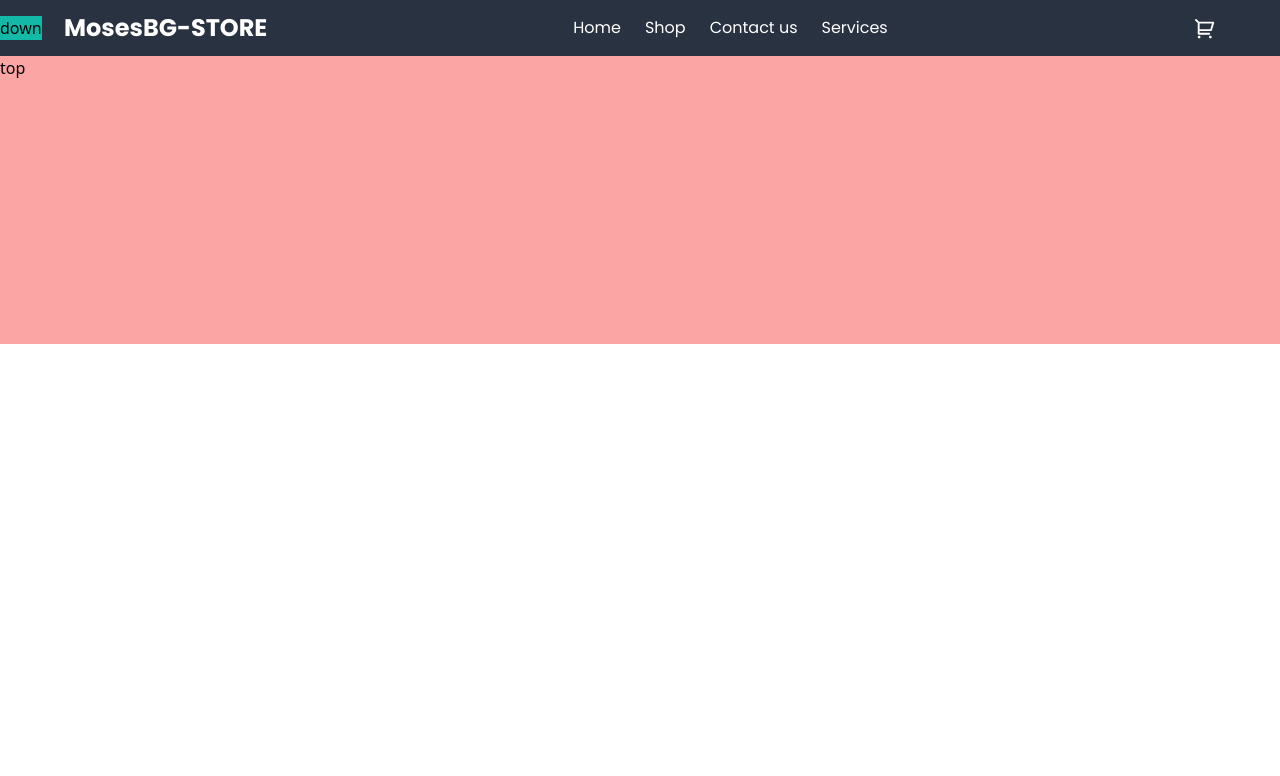
Repository: moshebengan/cart
Page: /fake-store/contact-us
An editor plug-in stored every save of this project. The page is shown before and after the next save, followed by the edit.
The browser window is 1280 px wide. The pictures show the whole page.
The project was rebuilt for these pictures with package versions that can differ from the ones it lists, and the page was loaded fresh each time. Also part of the build but not shown: vite.config.js, src/components/Error.jsx, src/utils/data.js, src/utils/apiCalls.js, src/components/Loading.jsx, src/components/Products.jsx, src/components/Footer.jsx, src/pages/HomePage.jsx and 5 more.

Above is the page before, as saved 2024-09-15 15:31:12.

After the next save:
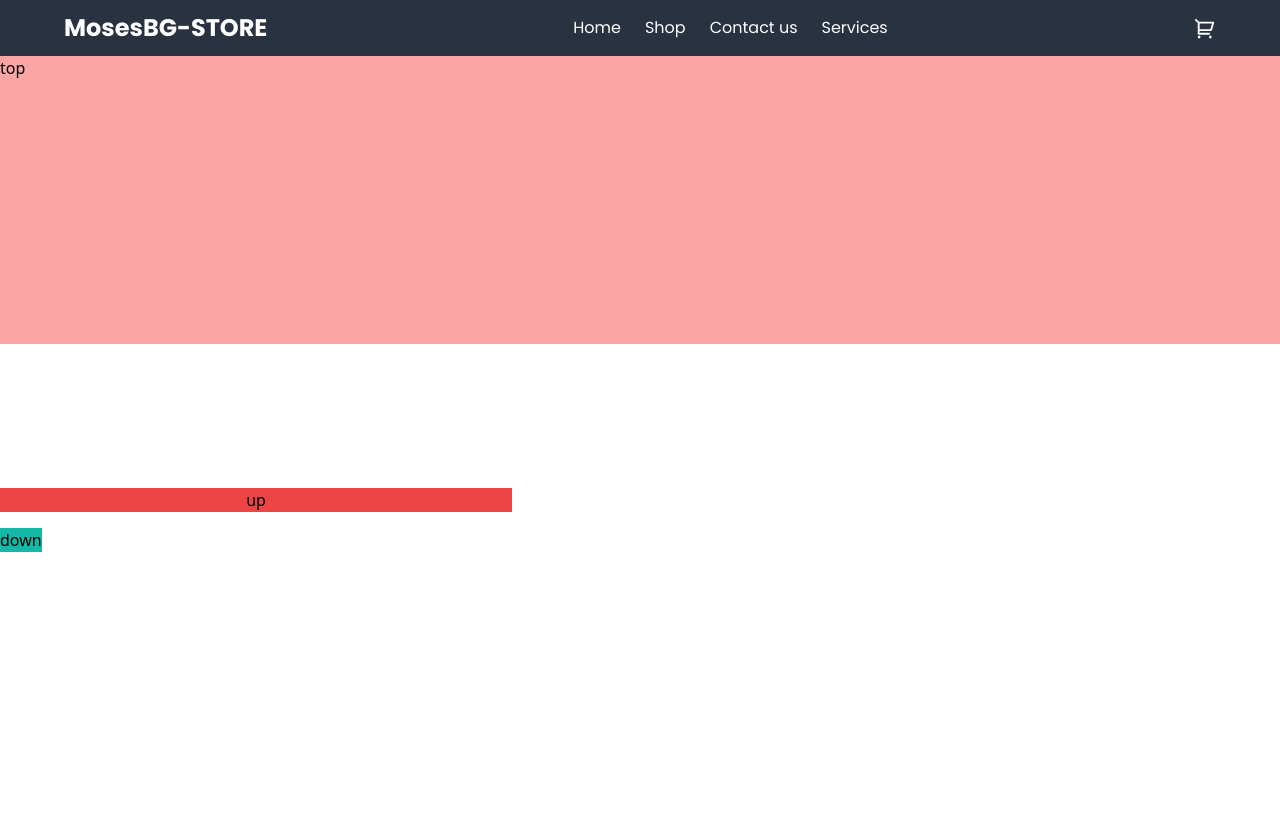
Saved 20 s later.
--- a/src/pages/ContactUs.jsx
+++ b/src/pages/ContactUs.jsx
@@ -4,7 +4,7 @@ const ContactUs = () => {
   return (
     <div className="w-full h-screen flex flex-col relative">
       <div className="w-full h-[40%] bg-red-300">top</div>
-      <div className="w-full h-[40%] bg-transparent flex flex-row absolute -top-10">
+      <div className="w-full h-[40%] bg-transparent flex flex-row absolute -bottom-10">
         <div className="absolute bg-red-500 -top-10 flex items-center justify-center w-2/5" >up</div>
         <div className="absolute bg-teal-500">down</div>
         {/* <div className="absolute -top-10 left-10 bg-yellow-300 flex-initial w-64">left</div>
